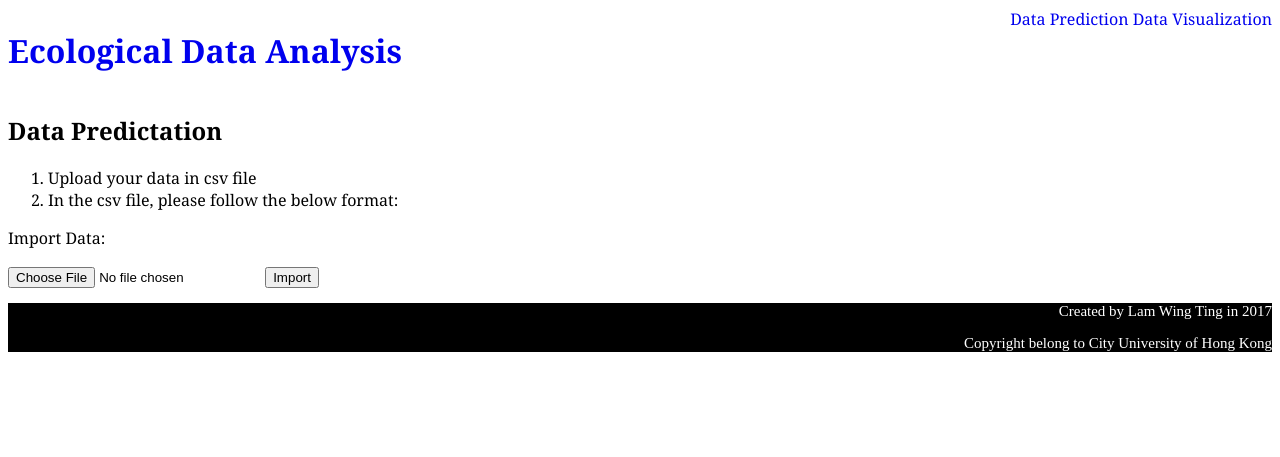
Repository: JenniferLam/FYP
Page: WebAppDev/FYP_webapp/WebContent/prediction/dataPred.html
An editor plug-in stored every save of this project. The page is shown before and after the next save, followed by the edit.
The browser window is 1280 px wide. The pictures show the whole page.

Above is the page before, as saved 2018-02-02 14:55:39.

### WebAppDev/FYP_webapp/WebContent/prediction/dataPred.html
<!DOCTYPE html PUBLIC "-//W3C//DTD HTML 4.01 Transitional//EN" "http://www.w3.org/TR/html4/loose.dtd">
<html>
<head>
<meta http-equiv="Content-Type" content="text/html; charset=BIG5">
<link href="dataPred.css" type="text/css" rel="stylesheet">
<link href="../common.css" type="text/css" rel="stylesheet">
<script src="dataPred.js"></script>
<script type="view" id="filterView">

	<form>
		<p>Please choose the time range for prediction:</p>
		<label>From</label>
		<select id="dateFrom"></select>
		<label>To</label>

		<p>Please choose the species or specific family for prediction:</p>
		<select id="dataTo"></select>
		<label>Family</label>
		<select id="species></select>

		<button type="submit" onsubmit="">Submit</button>
		<span id="displayMsg"></span>
	</form>


</script>
<script type="view" id="resultView">
	<p>Prediction Result</p>
	<div id="predictResult"></div>

</script>

<title>Data Prediction</title>
</head>


<body>
	<div id="header">
		<h1>
			<a href="../main/main.html">Ecological Data Analysis</a>
		</h1>
		<div id="shortcut">
			<a href="../prediction/dataPred.html">Data Prediction</a>
			<a href="../visualization/dataVisual.html">Data Visualization</a>
		</div>
	</div>
<div id="container">
<h2>Data Predictation</h2>
<ol>
<li>Upload your data in csv file</li>
<li>In the csv file, please follow the below format:</li>
<ul>
<table>


</table>
</ul>
</ol>
<p>Import Data:</p>
<input type="file" name="uploadFile">
<button type='submit'onsubmit="fileUpload()">Import</button>
<span id="responseMsg"></span>


<div id="filter">
</div>


</div>


	<div id="footer">
		<p>Created by Lam Wing Ting in 2017</p>
		<p>Copyright belong to City University of Hong Kong</p>
	</div>
</body>
</html>

### WebAppDev/FYP_webapp/WebContent/common.css
body{
	font-family:Georgia, serif;
}
a{
	text-decoration: none;
}
a:visited
{
    text-decoration: none;
    color:black;
}
#header{
	width:100%;
	display:inline-block;
	/*background-color: rgb(102, 255, 102);*/
}
nav{
	display:inline;
	float:right;

}
h1{
	float:left;

}
#shortcut{
	float:right;
}
#footer{
	background-color:black;
	width:100%;
	color: white;
	text-align:right;
	font-family:Times New Roman, Times, serif;
	font-size:15px;
}

### WebAppDev/FYP_webapp/WebContent/prediction/dataPred.js
fileUpload = function(){


	// Display response message
	// 1. Loading... Please wait
	// 2. The import is successful
	// 3. Wrong column name
	// 4. Wrong date format

}

displayUserSelection = function(){
	// If fileUpload() returns true, then ask user to choose the time range and species


}

dataPrediction = function(){

	// Display response message
	// 1. Loading... Please wait

}

printPredictionResult = function(){

}

Loaded but not shown: WebAppDev/FYP_webapp/WebContent/prediction/dataPred.css (no copy from this time; the picture is the same without it)

After the next save:
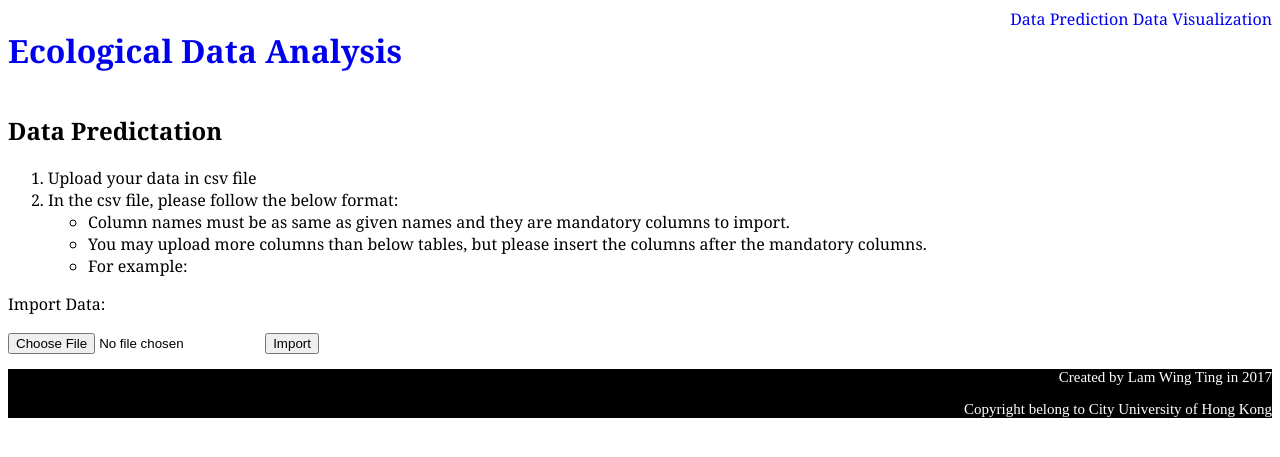
Saved 8 min 4 s later.
--- a/WebAppDev/FYP_webapp/WebContent/prediction/dataPred.html
+++ b/WebAppDev/FYP_webapp/WebContent/prediction/dataPred.html
@@ -50,6 +50,9 @@
 <li>Upload your data in csv file</li>
 <li>In the csv file, please follow the below format:</li>
 <ul>
+<li>Column names must be as same as given names and they are mandatory columns to import.</li>
+<li>You may upload more columns than below tables, but please insert the columns after the mandatory columns.</li>
+<li>For example: </li>
 <table>
 
 
